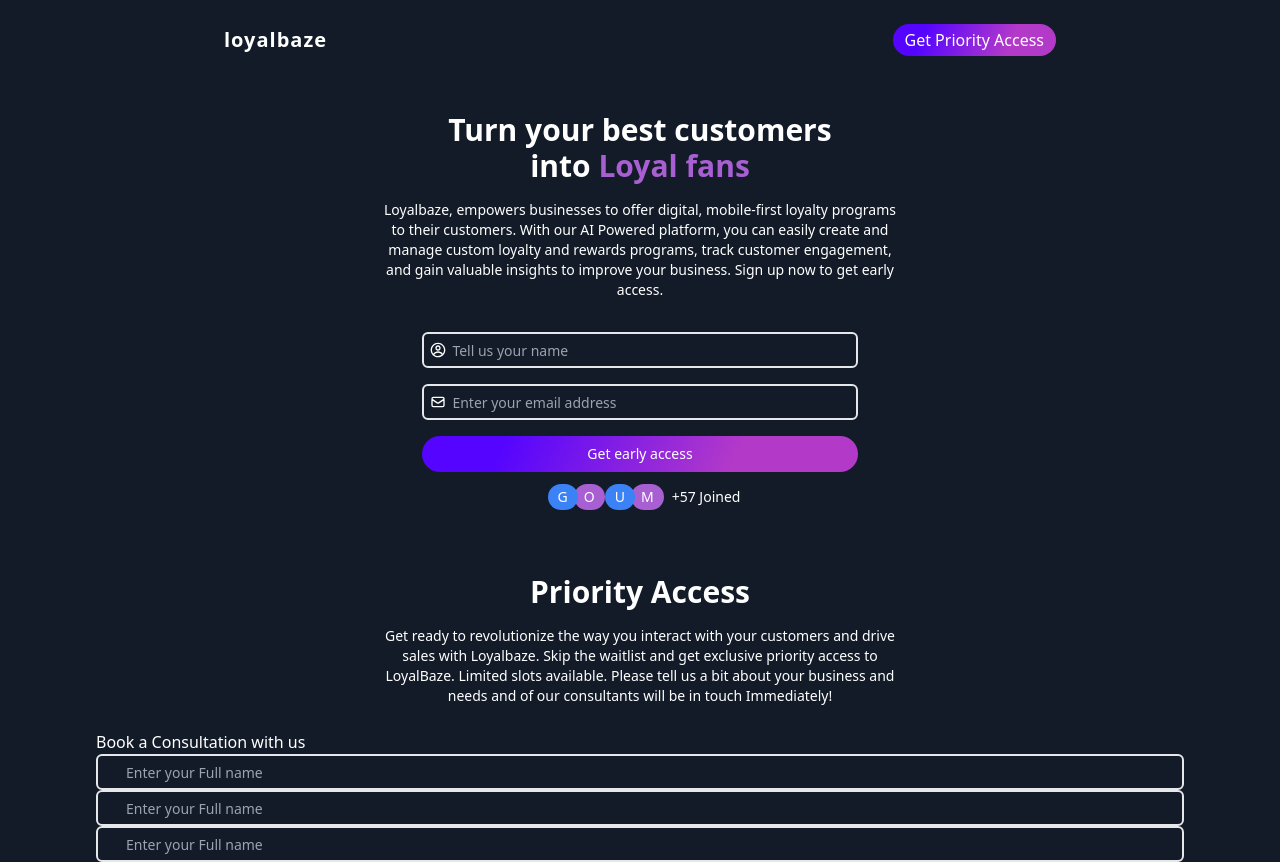
Repository: Jerified/loyalbaze
Page: /
An editor plug-in stored every save of this project. The page is shown before and after the next save, followed by the edit.
The browser window is 1280 px wide. The pictures show the whole page.
The project was rebuilt for these pictures with package versions that can differ from the ones it lists, and the page was loaded fresh each time. The framework's server and built-in components were replaced by stand-ins that run in the browser. Also part of the build but not shown: next.config.js.

Above is the page before, as saved 2023-02-11 07:26:00.

After the next save:
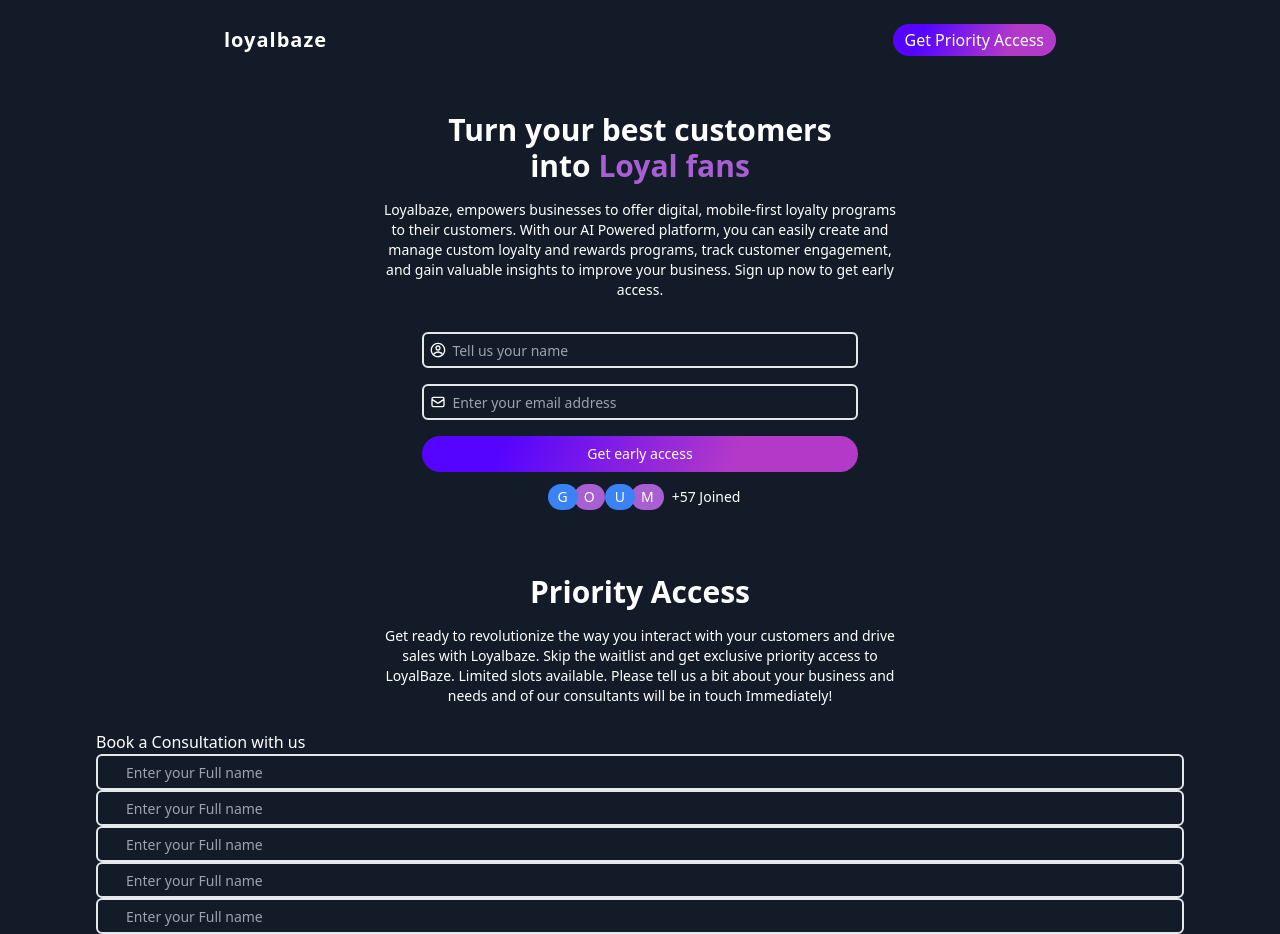
Saved 4 s later.
--- a/src/components/Form.tsx
+++ b/src/components/Form.tsx
@@ -31,6 +31,16 @@ const Form = () => {
             className="bg-inherit border-2 w-full rounded-md py-1 px-2 pl-7 placeholder:text-[14px]"
             placeholder="Enter your Full name"
           />
+          <input
+            type="text"
+            className="bg-inherit border-2 w-full rounded-md py-1 px-2 pl-7 placeholder:text-[14px]"
+            placeholder="Enter your Full name"
+          />
+          <input
+            type="text"
+            className="bg-inherit border-2 w-full rounded-md py-1 px-2 pl-7 placeholder:text-[14px]"
+            placeholder="Enter your Full name"
+          />
         </form>
       </main>
     </>
